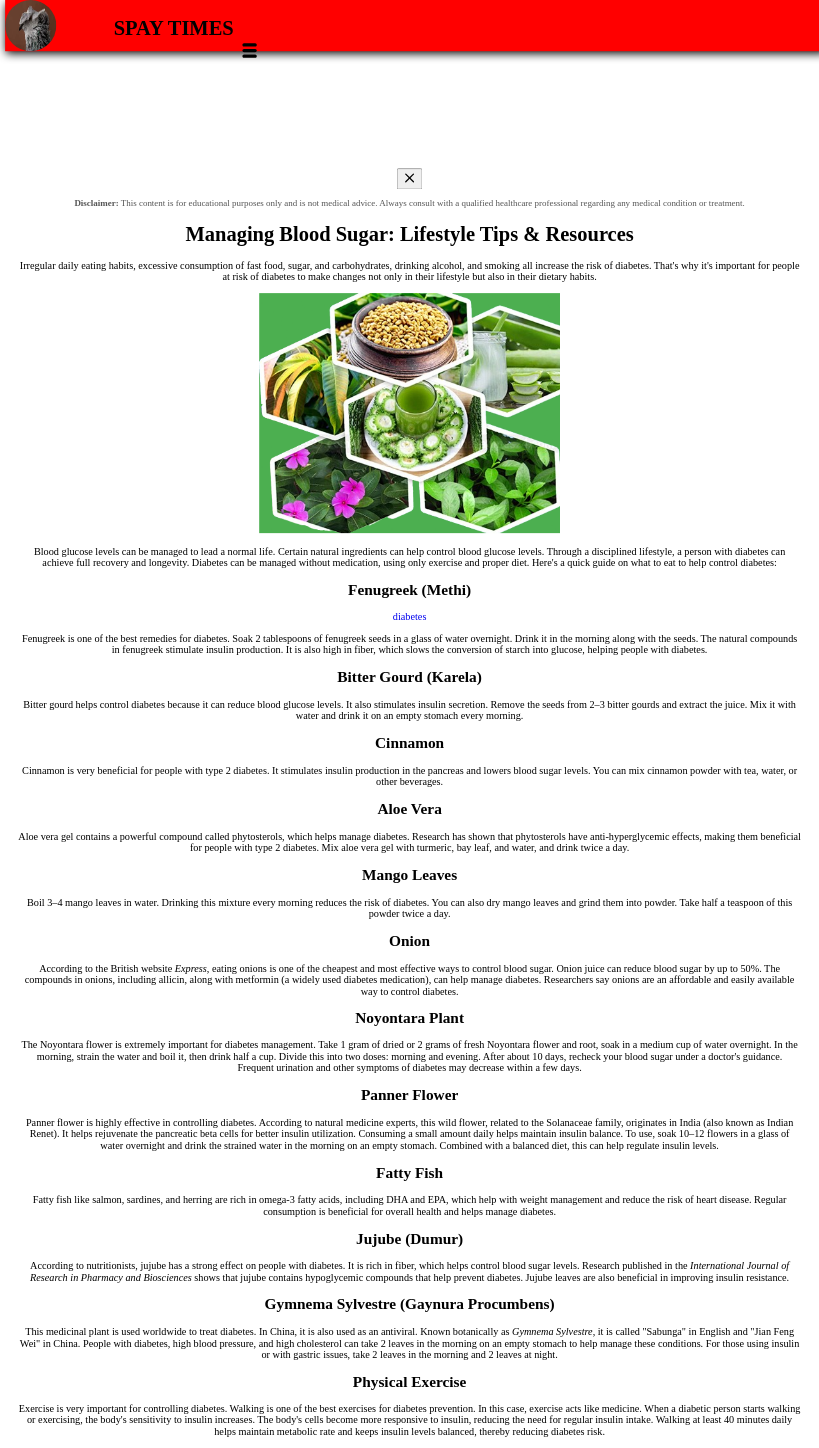
Repository: ridhukhan/spytimes
Page: /blood-sugar-natural-tips
The author's editor kept a copy of each file at every save. The page is drawn from the files as they stood at one save, then again after the next save.
The browser window is 1280 px wide. The pictures show the whole page, at 64% of full size.
The project was rebuilt for these pictures with package versions that can differ from the ones it lists, and the page was loaded fresh each time. Also part of the build but not shown: vite.config.js, src/components/trending/Trending.jsx, src/components/ads/AdsBanner.jsx, src/pages/home/Home.jsx, src/components/policy/PrivecyPolicy.jsx, src/components/policy/Terms.jsx, src/components/trending/TrendingDetails.jsx, src/pages/heath/Health.jsx and 2 more.

Above is the page before, as saved 2026-01-14 11:47:36.

After the next save:
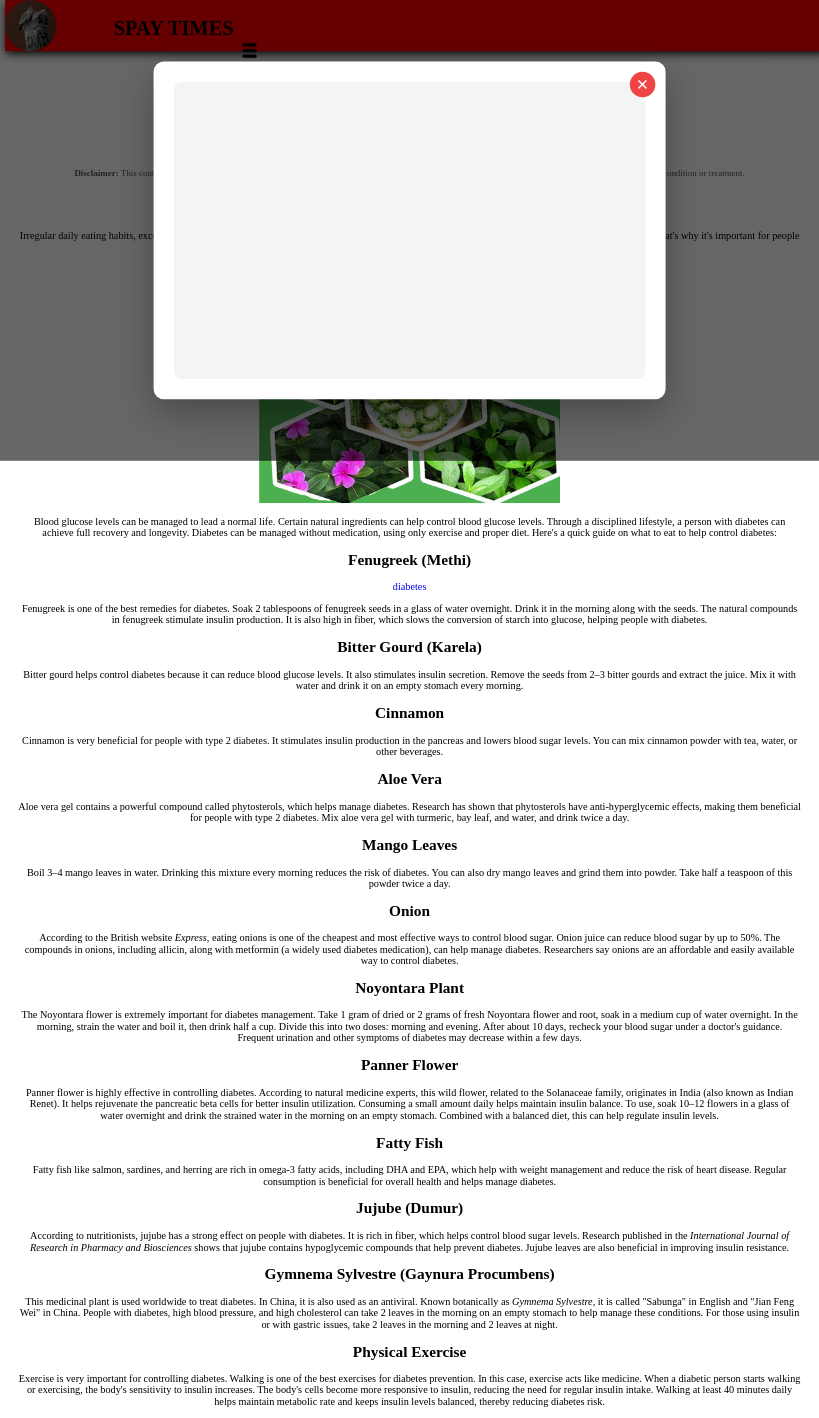
Saved 2 min 40 s later.
--- a/src/components/ads/FullPageAdBanner.jsx
+++ b/src/components/ads/FullPageAdBanner.jsx
@@ -1,5 +1,4 @@
 import React, { useState, useEffect } from 'react';
-import { X } from 'lucide-react';
 
 export default function FullPageAdBanner() {
   const [showAd, setShowAd] = useState(false);
@@ -35,27 +34,85 @@ export default function FullPageAdBanner() {
   if (!showAd) return null;
 
   return (
-    <div className="fixed inset-0 bg-black bg-opacity-60 flex items-center justify-center z-50 p-4">
-      <div className="bg-white rounded-2xl shadow-2xl max-w-3xl w-full max-h-[85vh] overflow-y-auto relative">
-        {/* Close Button */}
-        <button
-          onClick={() => setShowAd(false)}
-          className="absolute top-4 right-4 bg-red-500 hover:bg-red-600 text-white p-2 rounded-full transition-all z-10"
-        >
-          <X size={24} />
-        </button>
+    <>
+      <div style={styles.overlay}>
+        <div style={styles.modal}>
+          {/* Close Button */}
+          <button
+            onClick={() => setShowAd(false)}
+            style={styles.closeButton}
+          >
+            ✕
+          </button>
 
-        {/* Ad Content */}
-        <div className="p-8">
-          <div className="bg-gray-100 rounded-xl p-8 min-h-[400px] flex items-center justify-center">
-            <ins
-              className="eas6a97888e33"
-              data-zoneid="5827872"
-              style={{ display: 'block', width: '100%' }}
-            />
+          {/* Ad Content */}
+          <div style={styles.content}>
+            <div style={styles.adContainer}>
+              <ins
+                className="eas6a97888e33"
+                data-zoneid="5827872"
+                style={{ display: 'block', width: '100%' }}
+              />
+            </div>
           </div>
         </div>
       </div>
-    </div>
+    </>
   );
 }
+
+const styles = {
+  overlay: {
+    position: 'fixed',
+    top: 0,
+    left: 0,
+    right: 0,
+    bottom: 0,
+    backgroundColor: 'rgba(0, 0, 0, 0.6)',
+    display: 'flex',
+    alignItems: 'center',
+    justifyContent: 'center',
+    zIndex: 9999,
+    padding: '20px'
+  },
+  modal: {
+    backgroundColor: '#fff',
+    borderRadius: '16px',
+    boxShadow: '0 20px 60px rgba(0, 0, 0, 0.3)',
+    maxWidth: '800px',
+    width: '100%',
+    maxHeight: '85vh',
+    overflow: 'auto',
+    position: 'relative'
+  },
+  closeButton: {
+    position: 'absolute',
+    top: '16px',
+    right: '16px',
+    backgroundColor: '#ef4444',
+    color: '#fff',
+    border: 'none',
+    borderRadius: '50%',
+    width: '40px',
+    height: '40px',
+    fontSize: '24px',
+    cursor: 'pointer',
+    display: 'flex',
+    alignItems: 'center',
+    justifyContent: 'center',
+    zIndex: 10,
+    transition: 'background-color 0.2s'
+  },
+  content: {
+    padding: '32px'
+  },
+  adContainer: {
+    backgroundColor: '#f3f4f6',
+    borderRadius: '12px',
+    padding: '32px',
+    minHeight: '400px',
+    display: 'flex',
+    alignItems: 'center',
+    justifyContent: 'center'
+  }
+};
